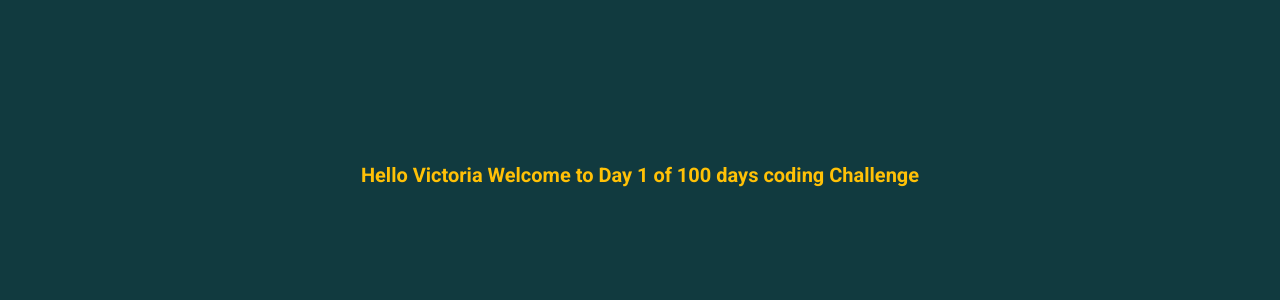
Repository: VickyJacob23/100DaysOfCoding
Page: day1/index.html
The author's editor kept a copy of each file at every save. The page is drawn from the files as they stood at one save, then again after the next save.
The browser window is 1280 px wide. The pictures show the whole page.

Above is the page before, as saved 2024-08-14 12:04:02.

### day1/index.html
<!DOCTYPE html>
<html lang="en">
  <head>
    <meta charset="UTF-8" />
    <meta name="viewport" content="width=device-width, initial-scale=1.0" />
    <link
      href="https://cdn.jsdelivr.net/npm/bootstrap@5.0.2/dist/css/bootstrap.min.css"
      rel="stylesheet"
      integrity="sha384-EVSTQN3/azprG1Anm3QDgpJLIm9Nao0Yz1ztcQTwFspd3yD65VohhpuuCOmLASjC"
      crossorigin="anonymous"
    />
    <link rel="stylesheet" href="style.css" />
    <title>Day 1</title>
  </head>
  <body class="fw-bold text-warning fs-5">
    <script src="script.js">
      document.write('<h1>Hello World! This is Day 1</h1>');
    </script>
  </body>
</html>

### day1/style.css
@import url("https://fonts.googleapis.com/css2?family=Roboto:ital,wght@0,100;0,300;0,400;0,500;0,700;0,900;1,100;1,300;1,400;1,500;1,700;1,900&display=swap");

body {
  font-family: "Roboto", sans-serif;
  background-color: #113a3f;
  display: flex;
  justify-content: center;
  align-items: center;
  margin: 8em auto;
}

### day1/script.js
let firstCode = "Hello Victoria Welcome to Day 1 of 100 days coding Challenge";
document.write(firstCode); // display on the user interface

console.log(firstCode); // display in the console output

After the next save:
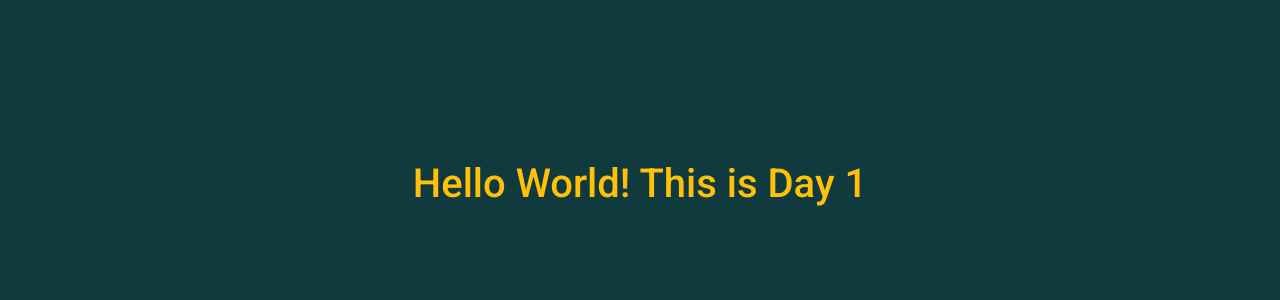
Saved 4 min 53 s later.
--- a/day1/index.html
+++ b/day1/index.html
@@ -13,8 +13,8 @@
     <title>Day 1</title>
   </head>
   <body class="fw-bold text-warning fs-5">
-    <script src="script.js">
-      document.write('<h1>Hello World! This is Day 1</h1>');
+    <script>
+      document.write("<h1>Hello World! This is Day 1</h1>");
     </script>
   </body>
 </html>

After the save that followed:
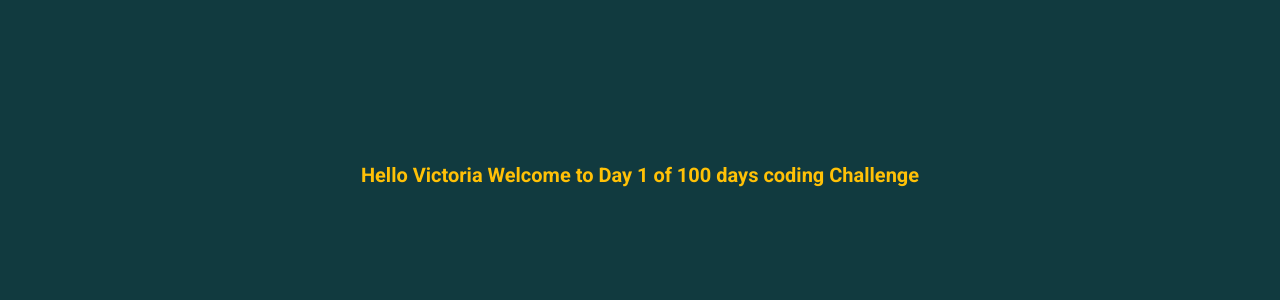
Saved 79 s later.
--- a/day1/index.html
+++ b/day1/index.html
@@ -13,7 +13,7 @@
     <title>Day 1</title>
   </head>
   <body class="fw-bold text-warning fs-5">
-    <script>
+    <script src="script.js">
       document.write("<h1>Hello World! This is Day 1</h1>");
     </script>
   </body>
